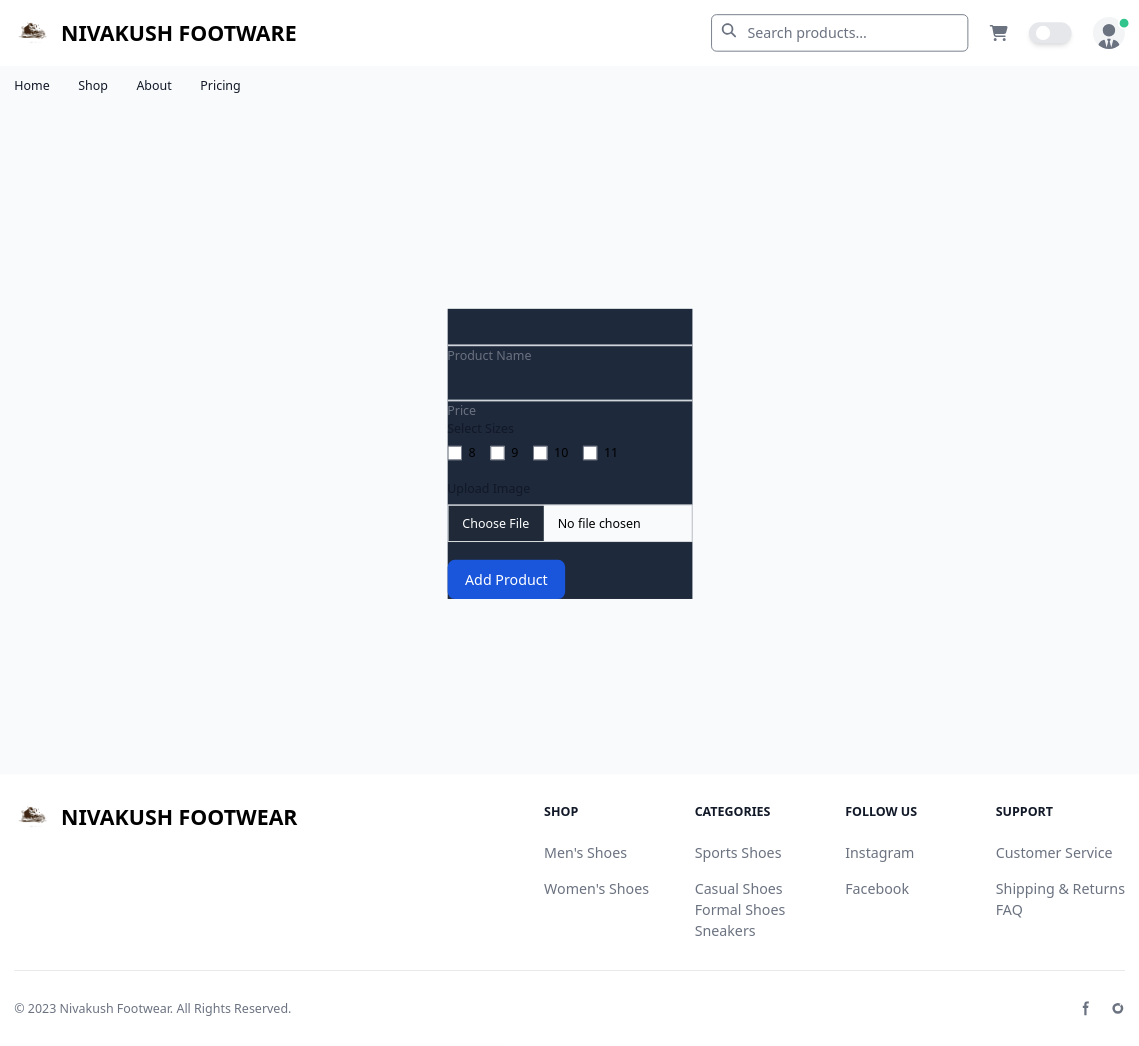
Repository: sibi24sibi/shoe-ecommerce
Page: /admin
An editor plug-in stored every save of this project. The page is shown before and after the next save, followed by the edit.
The browser window is 1280 px wide. The pictures show the whole page, at 89% of full size.
Some web fonts or font styles are not loaded; a fallback is used. Some web libraries are served in a nearby version. The project was rebuilt for these pictures with package versions that can differ from the ones it lists, and the page was loaded fresh each time. Also part of the build but not shown: vite.config.js, src/Payment.jsx, src/Components/Products.jsx, src/Components/Carosel.jsx, src/Prod-page.jsx, src/Cart-page.jsx, src/ProductInfo.jsx, src/Aboutus.jsx and 3 more.

Above is the page before, as saved 2024-09-12 12:16:35.

### index.html
<!doctype html>
<html lang="en">
  <head>
    <meta charset="UTF-8" />
    <link rel="icon" type="image/svg+xml" href="/vite.svg" />
    <meta name="viewport" content="width=device-width, initial-scale=1.0" />
    <title>Vite + React</title>
    <script src="https://cdn.jsdelivr.net/npm/flowbite@2.5.1/dist/flowbite.min.js"></script>
    <link href="https://cdn.jsdelivr.net/npm/flowbite@2.5.1/dist/flowbite.min.css" rel="stylesheet" />
  </head>
  <body>
    <div id="root"></div>

    <script defer src="https://cdn.jsdelivr.net/npm/alpinejs@3.x.x/dist/cdn.min.js"></script>
    <script type="module" src="/src/main.jsx"></script>
  </body>
</html>

### src/main.jsx
import { StrictMode } from "react";
import { createRoot } from "react-dom/client";
import App from "./App.jsx";
import "./index.css";
import { BrowserRouter } from "react-router-dom";
import ShopContextProvider from "./Context/ShopContext.jsx";

createRoot(document.getElementById("root")).render(
  <BrowserRouter>
    <ShopContextProvider>
      <App />
    </ShopContextProvider>
  </BrowserRouter>
);

### src/App.jsx
import { Route, Routes } from "react-router-dom";
import "./App.css";
import { ToastContainer, toast } from "react-toastify";
import "react-toastify/dist/ReactToastify.css";
import Payment from "./Payment";
import Prodpage from "./Prod-page";
import NavBar from "./Components/NavBar";
import Footer from "./Components/Footer";

import Cartpage from "./Cart-page";
import ProductInfo from "./ProductInfo";
import About from "./Aboutus";
import Pricing from "./Pricing";
import Shop from "./Shop";
import AdminLogin from "./AdminLogin";
import Admin from "./Adminpage";
import ScrollToTop from "./ScrollToTop";

function App() {
  return (
    <>
      <div className="bg-slate-50 dark:bg-slate-950">
        <ToastContainer />

        <NavBar />
        <div className="  mx-auto md:max-w-screen-xl  max-w-screen-sm ">
          <ScrollToTop />
          <Routes>
            <Route path="/" element={<Prodpage />} />
            <Route
              path="/productInfo/:productInfoId"
              element={<ProductInfo />}
            />
            <Route path="/cart" element={<Cartpage />} />

            <Route path="/payment" element={<Payment />} />
            <Route path="/about" element={<About />} />
            <Route path="/pricing" element={<Pricing />} />
            <Route path="/shop" element={<Shop />} />
            <Route path="/login" element={<AdminLogin />} />
            <Route path="/admin" element={<Admin />} />
          </Routes>
        </div>
        <Footer />
      </div>
    </>
  );
}

export default App;

### src/Context/ShopContext.jsx
import React, { createContext, useState, useEffect } from "react";
import { productsdData } from "../assets/assets";
import { toast } from "react-toastify";

export const ShopContext = createContext();

const ShopContextProvider = (props) => {
  const [products, setProducts] = useState(productsdData);
  const [cartItems, setCartItems] = useState(() => {
    const savedCart = localStorage.getItem("cartItems");
    return savedCart ? JSON.parse(savedCart) : {};
  });

  useEffect(() => {
    localStorage.setItem("cartItems", JSON.stringify(cartItems));
  }, [cartItems]);

  useEffect(() => {
    localStorage.setItem("products", JSON.stringify(products));
  }, [products]);

  const addToCart = (itemId, size) => {
    if (!size) {
      toast.error("Select product size");
      return;
    }

    let cartData = structuredClone(cartItems);
    if (cartData[itemId]) {
      if (cartData[itemId][size]) {
        cartData[itemId][size] += 1;
      } else {
        cartData[itemId][size] = 1;
      }
    } else {
      cartData[itemId] = { [size]: 1 };
    }

    setCartItems(cartData);
    toast.success("Added to cart");
  };

  const addNewProduct = (newProduct) => {
    setProducts((prevProducts) => [...prevProducts, newProduct]);
    toast.success("New product added!");
  };

  const incrementQuantity = (itemId, size) => {
    let cartData = structuredClone(cartItems);
    if (cartData[itemId]) {
      if (cartData[itemId][size]) {
        cartData[itemId][size] += 1;
      } else {
        cartData[itemId][size] = 1;
      }
      setCartItems(cartData);
    }
  };

  const decrementQuantity = (itemId, size) => {
    let cartData = structuredClone(cartItems);
    if (cartData[itemId] && cartData[itemId][size]) {
      if (cartData[itemId][size] > 1) {
        cartData[itemId][size] -= 1;
      } else {
        delete cartData[itemId][size];
        if (Object.keys(cartData[itemId]).length === 0) {
          delete cartData[itemId];
        }
      }
      setCartItems(cartData);
    }
  };

  const deleteItem = (itemId, size) => {
    let cartData = structuredClone(cartItems);
    if (cartData[itemId] && cartData[itemId][size]) {
      delete cartData[itemId][size];
      if (Object.keys(cartData[itemId]).length === 0) {
        delete cartData[itemId];
      }
      setCartItems(cartData);
    }
  };

  const getCartCount = () => {
    let totalCount = 0;
    for (const item in cartItems) {
      for (const size in cartItems[item]) {
        totalCount += cartItems[item][size];
      }
    }
    return totalCount;
  };

  return (
    <ShopContext.Provider
      value={{
        products,
        cartItems,
        addToCart,
        addNewProduct,
        incrementQuantity,
        decrementQuantity,
        deleteItem,
        getCartCount,
      }}
    >
      {props.children}
    </ShopContext.Provider>
  );
};

export default ShopContextProvider;

### src/App.css
@import url('https://fonts.googleapis.com/css2?family=Playwrite+CU:wght@100..400&family=Unlock&display=swap');
.sticky-top {
    position: -webkit-sticky;
    position: sticky;
    top: 0;
    z-index: 1020;
}



.carosel-caption {
  font-family: "Unlock", serif;
  font-weight: 100;
  font-style: normal;
  letter-spacing:2px;
}

@media (max-width: 768px) {
    .Toastify__toast-container {
      top: auto !important;
      bottom: 0 !important;

    }
  }

### src/Components/NavBar.jsx
import { useState, useEffect, useContext } from "react";
import { FontAwesomeIcon } from "@fortawesome/react-fontawesome";
import {
  faCartShopping,
  faMoon,
  faSun,
  faSearch,
  faUserTie,
  faUser,
} from "@fortawesome/free-solid-svg-icons";
import { NavLink } from "react-router-dom";
import { assets } from "../assets/assets";
import { ShopContext } from "../Context/ShopContext";

function NavBar() {
  const [darkTheme, setDarkTheme] = useState(false);

  useEffect(() => {
    if (darkTheme) {
      document.documentElement.classList.add("dark");
    } else {
      document.documentElement.classList.remove("dark");
    }
  }, [darkTheme]);

  const toggleTheme = () => {
    setDarkTheme((prevTheme) => !prevTheme);
  };

  const { getCartCount } = useContext(ShopContext);

  return (
    <div className="mb-8 sticky-top">
      {/* Top Navbar */}
      <nav className="bg-white border-gray-200 dark:bg-gray-900">
        <div className="flex flex-wrap justify-between items-center mx-auto max-w-screen-2xl p-4">
          <a
            href="#"
            className="flex items-center space-x-3 rtl:space-x-reverse"
          >
            <img src={assets.Logo} className="h-8" alt="Shop Logo" />
            <span className="self-center text-xs/[0.2555rem] uppercase md:text-2xl    md:font-semibold  font-normal whitespace-nowrap dark:text-white">
              Nivakush Footware
            </span>
          </a>
          <div className="flex items-center space-x-6 rtl:space-x-reverse">
            {/* Search Bar */}
            <div className="relative hidden sm:block">
              <input
                type="text"
                placeholder="Search products..."
                className="pl-10 pr-4 py-2 border rounded-md dark:bg-gray-800 dark:text-white"
              />
              <FontAwesomeIcon
                icon={faSearch}
                className="absolute left-3 top-2.5 text-gray-500 dark:text-gray-400"
              />
            </div>

            <NavLink
              to="/cart"
              className="    text-gray-500 dark:text-white hover:underline relative"
            >
              <div className="flex items-center relative">
                <FontAwesomeIcon
                  icon={faCartShopping}
                  className=" text-sm md:text-lg"
                />
                {getCartCount() > 0 && (
                  <span className="absolute -top-1 -right-2 bg-red-500 text-white text-xs rounded-full w-4 h-4 flex items-center justify-center">
                    {getCartCount()}
                  </span>
                )}
              </div>
            </NavLink>

            <button
              onClick={toggleTheme}
              className="relative inline-flex items-center  text-sm md:text-lg p-1 bg-gray-200 dark:bg-gray-600 rounded-full md:w-12 md:h-6 w-6   h-3 transition-colors duration-300 focus:outline-none shadow-md"
            >
              <span
                className={`absolute inline-block md:w-4 md:h-4 w-2 h-2 bg-white dark:bg-gray-300 rounded-full transition-transform transform ${
                  darkTheme
                    ? "translate-x-3 md:translate-x-6"
                    : "translate-x-0 md:translate-x-1"
                }`}
              />
              <span className="sr-only">Toggle Theme</span>
            </button>

            <NavLink
              to="/login "
              className="text-sm text-gray-500   md:text-lg dark:text-white hover:underline"
            >
              <div className="relative">
                <div className="relative md:w-9 md:h-9 w-5  h-5 text-center overflow-hidden bg-gray-100 rounded-full dark:bg-gray-600">
                  <FontAwesomeIcon
                    icon={faUserTie}
                    className=" md:w-7 md:h-7   translate-y-[0.15rem] md:translate-y-2"
                  />
                </div>
                <span className="top-0 left-4 absolute   w-2 h-2 bg-green-400 border-2 border-white dark:border-gray-800  block md:hidden rounded-full"></span>
                <span className="top-0 left-7 absolute  w-3.5 h-3.5 bg-green-400 border-2 border-white dark:border-gray-800  hidden md:block rounded-full"></span>
              </div>
            </NavLink>
          </div>
        </div>
      </nav>

      {/* Bottom Navbar */}
      <nav className="bg-gray-50 dark:bg-gray-700 sticky top-0 z-50">
        <div className="max-w-screen-xl px-4 py-3 mx-auto">
          <ul className="flex flex-row font-medium mt-0 space-x-8 rtl:space-x-reverse text-sm">
            <li>
              <NavLink
                to="/"
                className="text-gray-900 dark:text-white hover:underline"
                aria-current="page"
              >
                Home
              </NavLink>
            </li>
            <li>
              <NavLink
                to="/shop"
                className="text-gray-900 dark:text-white hover:underline"
              >
                Shop
              </NavLink>
            </li>
            <li>
              <NavLink
                to="/about"
                className="text-gray-900 dark:text-white hover:underline"
              >
                About
              </NavLink>
            </li>
            <li>
              <NavLink
                to="/pricing"
                className="text-gray-900 dark:text-white hover:underline"
              >
                Pricing
              </NavLink>
            </li>
          </ul>
        </div>
      </nav>
    </div>
  );
}

export default NavBar;

### src/Components/Footer.jsx
import React from "react";
import { assets } from "../assets/assets";

function Footer() {
  return (
    <>
      <footer className="bg-white dark:bg-gray-900">
        <div className="mx-auto w-full max-w-screen p-4 py-6 lg:py-8">
          <div className="md:flex md:justify-between">
            <div className="mb-6 md:mb-0">
              <a href="/" className="flex items-center">
                <img
                  src={assets.Logo}
                  className="h-8 me-3"
                  alt="Nivakush Logo"
                />
                <span className="self-center text-sm uppercase md:text-2xl font-semibold whitespace-nowrap dark:text-white">
                  Nivakush Footwear
                </span>
              </a>
            </div>
            <div className="grid grid-cols-2 gap-8 sm:gap-6 sm:grid-cols-4">
              <div>
                <h2 className="mb-6 text-sm font-semibold text-gray-900 uppercase dark:text-white">
                  Shop
                </h2>
                <ul className="text-gray-500 dark:text-gray-400 font-medium">
                  <li className="mb-4">
                    <a href="#" className="hover:underline">
                      Men's Shoes
                    </a>
                  </li>
                  <li>
                    <a href="#" className="hover:underline">
                      Women's Shoes
                    </a>
                  </li>
                </ul>
              </div>
              <div>
                <h2 className="mb-6 text-sm font-semibold text-gray-900 uppercase dark:text-white">
                  Categories
                </h2>
                <ul className="text-gray-500 dark:text-gray-400 font-medium">
                  <li className="mb-4">
                    <a href="#" className="hover:underline">
                      Sports Shoes
                    </a>
                  </li>
                  <li>
                    <a href="#" className="hover:underline">
                      Casual Shoes
                    </a>
                  </li>
                  <li>
                    <a href="#" className="hover:underline">
                      Formal Shoes
                    </a>
                  </li>
                  <li>
                    <a href="#" className="hover:underline">
                      Sneakers
                    </a>
                  </li>
                </ul>
              </div>
              <div>
                <h2 className="mb-6 text-sm font-semibold text-gray-900 uppercase dark:text-white">
                  Follow us
                </h2>
                <ul className="text-gray-500 dark:text-gray-400 font-medium">
                  <li className="mb-4">
                    <a href="#" className="hover:underline">
                      Instagram
                    </a>
                  </li>
                  <li>
                    <a href="#" className="hover:underline">
                      Facebook
                    </a>
                  </li>
                </ul>
              </div>

              <div>
                <h2 className="mb-6 text-sm font-semibold text-gray-900 uppercase dark:text-white">
                  Support
                </h2>
                <ul className="text-gray-500 dark:text-gray-400 font-medium">
                  <li className="mb-4">
                    <a href="#" className="hover:underline">
                      Customer Service
                    </a>
                  </li>
                  <li>
                    <a href="#" className="hover:underline">
                      Shipping & Returns
                    </a>
                  </li>
                  <li>
                    <a href="#" className="hover:underline">
                      FAQ
                    </a>
                  </li>
                </ul>
              </div>
            </div>
          </div>
          <hr className="my-6 border-gray-200 sm:mx-auto dark:border-gray-700 lg:my-8" />
          <div className="sm:flex sm:items-center sm:justify-between">
            <span className="text-sm text-gray-500 sm:text-center dark:text-gray-400">
              © 2023 Nivakush Footwear. All Rights Reserved.
            </span>
            <div className="flex mt-4 sm:justify-center sm:mt-0">
              <a
                href="#"
                className="text-gray-500 hover:text-gray-900 dark:hover:text-white"
              >
                <svg
                  className="w-4 h-4"
                  aria-hidden="true"
                  xmlns="http://www.w3.org/2000/svg"
                  fill="currentColor"
                  viewBox="0 0 8 19"
                >
                  <path
                    fillRule="evenodd"
                    d="M6.135 3H8V0H6.135a4.147 4.147 0 0 0-4.142 4.142V6H0v3h2v9.938h3V9h2.021l.592-3H5V3.591A.6.6 0 0 1 5.592 3h.543Z"
                    clipRule="evenodd"
                  />
                </svg>
                <span className="sr-only">Facebook page</span>
              </a>
              <a
                href="#"
                className="text-gray-500 hover:text-gray-900 dark:hover:text-white ms-5"
              >
                <svg
                  className="w-4 h-4"
                  aria-hidden="true"
                  xmlns="http://www.w3.org/2000/svg"
                  fill="currentColor"
                  viewBox="0 0 20 20"
                >
                  <path
                    fillRule="evenodd"
                    d="M10 2.3A7.7 7.7 0 1 0 17.7 10 7.7 7.7 0 0 0 10 2.3Zm4.2 7.7a4.2 4.2 0 1 1-8.4 0 4.2 4.2 0 0 1 8.4 0ZM15 5a1.25 1.25 0 1 1-2.5 0A1.25 1.25 0 0 1 15 5Z"
                    clipRule="evenodd"
                  />
                </svg>
                <span className="sr-only">Instagram page</span>
              </a>
            </div>
          </div>
        </div>
      </footer>
    </>
  );
}

export default Footer;

### src/Adminpage.jsx
import React, { useContext, useState } from "react";
import { ShopContext } from "./Context/ShopContext"; // Import the context

function AddProductForm() {
  const { addNewProduct } = useContext(ShopContext); // Get the addNewProduct function from context

  const [productName, setProductName] = useState("");
  const [price, setPrice] = useState("");
  const [selectedSizes, setSelectedSizes] = useState([]);
  const [image, setImage] = useState(null);

  const handleSizeChange = (e) => {
    const size = e.target.value;
    setSelectedSizes((prevSizes) =>
      prevSizes.includes(size)
        ? prevSizes.filter((s) => s !== size)
        : [...prevSizes, size]
    );
  };

  const generateRandomId = () => {
    return Math.floor(Math.random() * 1000000) + Date.now();
  };

  const handleImageUpload = (e) => {
    setImage(e.target.files[0]);
  };

  const handleSubmit = (e) => {
    e.preventDefault();
    const newProduct = {
      _id: generateRandomId(),
      name: productName,
      image: image ? URL.createObjectURL(image) : null,
      price: parseFloat(price),
      size: selectedSizes,
      description:
        "This shoe is made with a breathable cushioning for comfort and support. It's designed for indoor use, perfect for play or sports.",
      rating: 4.5,
      reviews: 120,
      brand: "Gazelle",
      manufacturingDetails: {
        country: "China",
        material: "Synthetic, Rubber",
        year: "2023",
      },
      warranty: "6 months manufacturer warranty",
      additionalFeatures: [
        "Chunky sole for added style",
        "Synthetic upper with bold color blocks",
        "Rubber outsole for durability",
      ],
    };

    addNewProduct(newProduct); // Add the product to the context
  };

  return (
    <div className="flex justify-center items-center h-screen">
      <form className="max-w-md mx-auto bg-slate-800" onSubmit={handleSubmit}>
        <div className="relative z-0 w-full mb-5 group">
          <input
            type="text"
            name="product_name"
            id="product_name"
            className="block py-2.5  w-full text-sm dark:text-gray-100 px-2 text-gray-900 bg-transparent border-0 border-b-2 border-gray-300"
            placeholder=" "
            value={productName}
            onChange={(e) => setProductName(e.target.value)}
            required
          />
          <label
            htmlFor="product_name"
            className="absolute text-sm text-gray-500"
          >
            Product Name
          </label>
        </div>

        <div className="relative z-0 w-full mb-5 group">
          <input
            type="number"
            name="price"
            id="price"
            className="block py-2.5  w-full text-sm dark:text-gray-100 px-2 text-gray-900 bg-transparent border-0 border-b-2 border-gray-300"
            placeholder=" "
            value={price}
            onChange={(e) => setPrice(e.target.value)}
            required
          />
          <label htmlFor="price" className="absolute text-sm text-gray-500">
            Price
          </label>
        </div>

        <div className="mb-5">
          <label className="block text-sm font-medium dark:text-gray-100  text-gray-900 mb-2">
            Select Sizes
          </label>
          <div className="flex gap-4">
            {["8", "9", "10", "11"].map((size) => (
              <div key={size} className="flex items-center">
                <input
                  type="checkbox"
                  id={`size_${size}`}
                  value={size}
                  onChange={handleSizeChange}
                  className="mr-2"
                />
                <label
                  htmlFor={`size_${size}`}
                  className="text-sm dark:text-gray-100 "
                >
                  {size}
                </label>
              </div>
            ))}
          </div>
        </div>

        <div className="mb-5">
          <label className="block text-sm font-medium text-gray-900 mb-2 dark:text-gray-100 ">
            Upload Image
          </label>
          <input
            type="file"
            accept="image/*"
            onChange={handleImageUpload}
            className="block w-full text-sm bg-gray-50 border border-gray-300"
          />
        </div>

        <button
          type="submit"
          className="text-white bg-blue-700 hover:bg-blue-800 px-5 py-2.5 rounded-lg"
        >
          Add Product
        </button>
      </form>
    </div>
  );
}

export default AddProductForm;

Loaded but not shown: src/index.css (common file); src/ScrollToTop.js (common file); tailwind.config.js (common file); src/assets/assets.js (313 lines, source omitted)

After the next save:
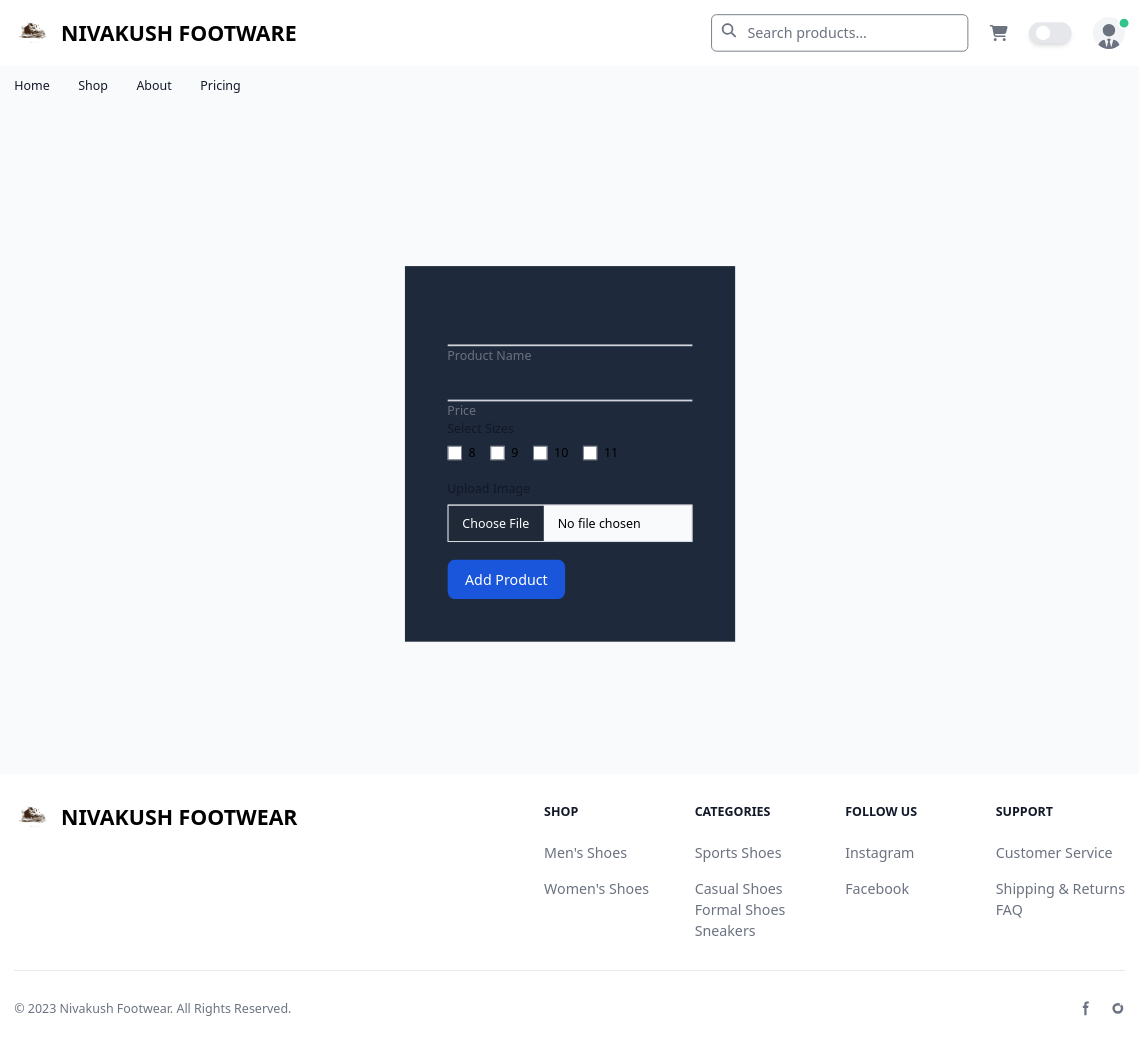
Saved 11 s later.
--- a/src/Adminpage.jsx
+++ b/src/Adminpage.jsx
@@ -57,7 +57,10 @@ function AddProductForm() {
 
   return (
     <div className="flex justify-center items-center h-screen">
-      <form className="max-w-md mx-auto bg-slate-800" onSubmit={handleSubmit}>
+      <form
+        className="max-w-md mx-auto bg-slate-800 p-12 mx-8"
+        onSubmit={handleSubmit}
+      >
         <div className="relative z-0 w-full mb-5 group">
           <input
             type="text"
